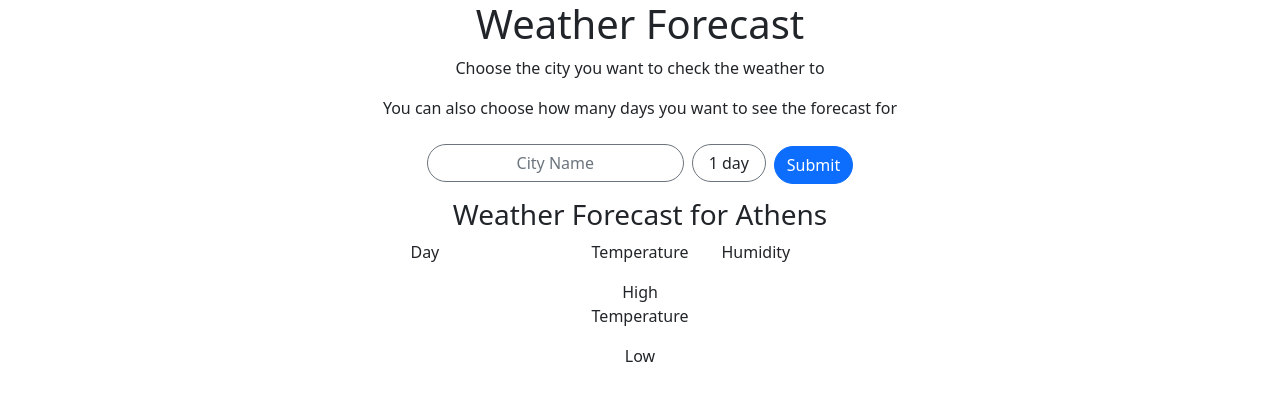
Repository: DimitrisDoxopoulos/my-own-weather-app
Page: /
These files come from the project's save history. The page is drawn as it stood at one moment and after the next save; the edit follows.
The browser window is 1280 px wide. The pictures show the whole page.
The project was rebuilt for these pictures with package versions that can differ from the ones it lists, and the page was loaded fresh each time.

Above is the page before, as saved 2021-06-03 19:08:03.

### src/App.js
import './App.css';

/*--------------- Importing Components ------------------- */
import Wrapper from './components/Wrapper'
import Header from './components/Header'
import Tagline from './components/Tagline'
import Form from './components/Form'
import WeatherForecast from './components/WeatherForecast';
/*--------------- Importing Components ------------------- */

function App() {
  return (
    <div className="App">
      <Wrapper>
        <Header />
        <Tagline />
        <Form />
        <WeatherForecast />
      </Wrapper>
    </div>
  );
}

export default App;

### src/App.css
.App {
  /* text-align: center; */
}

.App-logo {
  height: 40vmin;
  pointer-events: none;
}

.App-header {
  background-color: #282c34;
  min-height: 100vh;
  display: flex;
  flex-direction: column;
  align-items: center;
  justify-content: center;
  font-size: calc(10px + 2vmin);
  color: white;
}

.App-link {
  color: #61dafb;
}

### src/components/Wrapper.js
import React from 'react';

const Wrapper = (props) => {
    return(
    <div className='container d-flex flex-column justify-content-center align-items-center'>
        { props.children }
    </div>
    )
}

export default Wrapper;

### src/components/Header.js
import React from 'react'

const Header = () => {
    return (
        <div className="">
            <h1 className="">Weather Forecast</h1>
        </div>
    )
}

export default Header

### src/components/Tagline.js
import React from 'react'

const Tagline = () => {
    return (
        <div className="text-center">
            <p>Choose the city you want to check the weather to</p>
            <p>You can also choose how many days you want to see the forecast for</p>
        </div>
    )
}

export default Tagline

### src/components/Form.js
import React from 'react'

const Form = () => {
    return (
        <div>
            <form className="d-flex align-items-center">
                <div className="form-group">
                    <input type="text" className="form-control border-secondary rounded-pill text-center" id="exampleFormControlInput1" placeholder="City Name" />
                </div>
                <div className="form-group d-flex p-2">
                    <select className="form-control border-secondary rounded-pill text-center" id="exampleFormControlSelect1" placeholder="How many days?">
                        <option value="1">1 day</option>
                        <option value="2">2 days</option>
                        <option value="3">3 days</option>
                        <option value="4">4 days</option>
                        <option value="5">5 days</option>
                    </select>
                </div>
                <input className="btn btn-primary mt-1 rounded-pill" type="submit" value="Submit" />
            </form>
        </div>
    )
}

export default Form

### src/components/WeatherForecast.js
import React from 'react'

const WeatherForecast = () => {
    return (
        <div className="text-center p-2">
            <h3 className="h-3">Weather Forecast for Athens</h3>
            <div className="container">
                <div className="row">
                    <div className="col-sm">
                        <p>Day</p>
                    </div>
                    <div className="col-sm">
                        <image src="" alt='weather icon' />
                    </div>
                    <div className="col-sm-3">
                        <div className="row">
                            <div className="col-sm">
                                <p>Temperature</p>
                            </div>
                            <div className="col-sm">
                                <p>High Temperature</p>
                            </div>
                            <div className="col-sm">
                                <p>Low</p>
                            </div>
                        </div>
                    </div>
                    <div className="col-sm">
                        <p>Humidity</p>
                    </div>
                    <div className="col-sm">
                        <p></p>
                    </div>
                </div>
            </div>

        </div>
    )
}

export default WeatherForecast

Loaded but not shown: public/index.html (common file); src/index.js (common file); src/index.css (common file); src/reportWebVitals.js (common file)

After the next save:
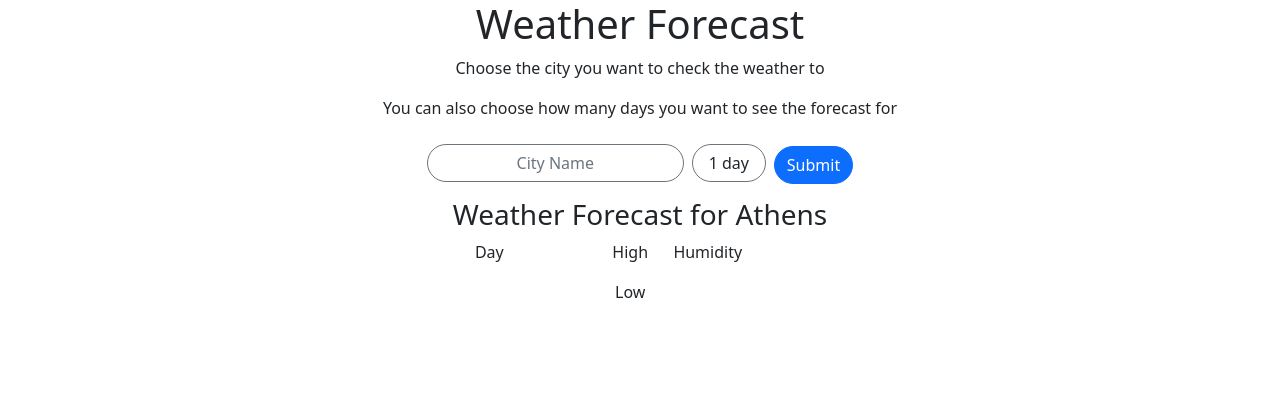
Saved 41 min 25 s later.
--- a/src/components/WeatherForecast.js
+++ b/src/components/WeatherForecast.js
@@ -12,13 +12,10 @@ const WeatherForecast = () => {
                     <div className="col-sm">
                         <image src="" alt='weather icon' />
                     </div>
-                    <div className="col-sm-3">
+                    <div className="col-sm-2">
                         <div className="row">
                             <div className="col-sm">
-                                <p>Temperature</p>
-                            </div>
-                            <div className="col-sm">
-                                <p>High Temperature</p>
+                                <p>High</p>
                             </div>
                             <div className="col-sm">
                                 <p>Low</p>
